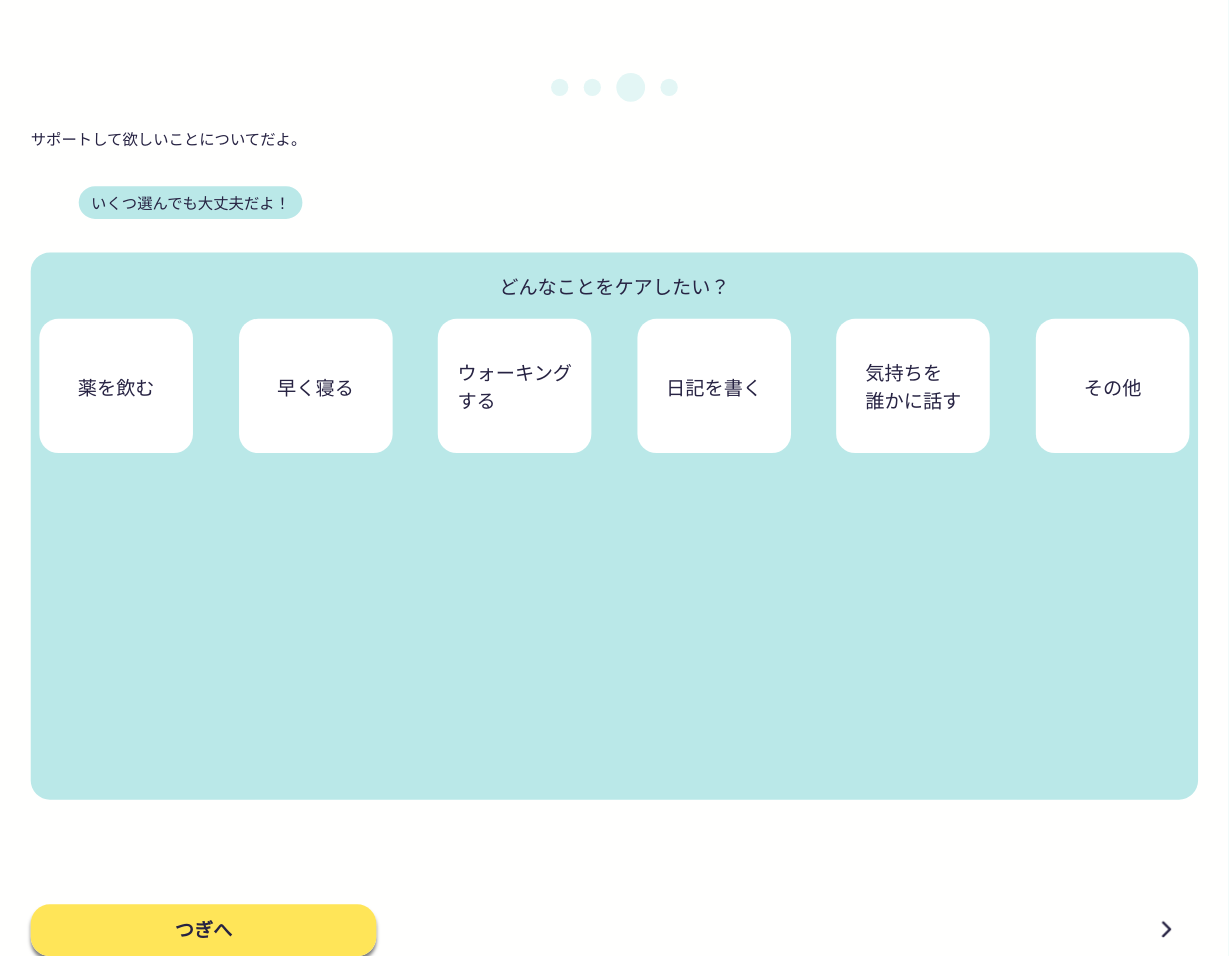
Repository: misaki0919/Self-care
Page: support.html
An editor plug-in stored every save of this project. The page is shown before and after the next save, followed by the edit.
The browser window is 1280 px wide. The pictures show the whole page, at 96% of full size.
Some web fonts or font styles are not loaded; a fallback is used.

Above is the page before, as saved 2026-07-19 11:28:07.

### support.html
<!DOCTYPE html>
<html lang="jp">
<head>
    <meta charset="UTF-8">
    <meta name="viewport" content="width=device-width, initial-scale=1.0">
    <title>サポートページ</title>
    <link href="css/support.css" rel="stylesheet">
    <link rel="preconnect" href="https://fonts.googleapis.com">
    <link rel="preconnect" href="https://fonts.gstatic.com" crossorigin>
    <link href="https://fonts.googleapis.com/css2?family=Archivo+Black&family=Noto+Serif+JP:wght@200..900&family=Zen+Maru+Gothic&display=swap" rel="stylesheet">
</head>
<body>
    <div class="circle_wrap">
        <div class="circle"></div>
        <div class="circle"></div>
        <div class="diffrent_circle"></div>
        <div class="circle"></div>
    </div>
    <p class="support">サポートして欲しいことについてだよ。</p>
    <p class="choose">いくつ選んでも大丈夫だよ！</p>
    <div class="wrap">
        <p class="care">どんなことをケアしたい？</p>
        <ul>
            <li>薬を飲む</li>
            <li>早く寝る</li>
            <li>ウォーキング<br>する</li>
            <li>日記を書く</li>
            <li>気持ちを<br>誰かに話す</li>
            <li>その他</li>
        </ul>
    </div>
    <div class="images-wrap">
        <a href="support.html" class="next zen-maru-gothic-regular">つぎへ</a>
        <img class="images" src="images/next.png" alt="画像">
    </div>

</body>
</html>

### css/support.css
body{
    background-color: #FFFFFE;
    color: #272343;
    padding-left: 24px;
    padding-right: 24px;
}
.zen-maru-gothic-regular {
    font-family: "Zen Maru Gothic", sans-serif;
    font-weight: 600;
    font-style: normal;
}
.circle_wrap{
    display: flex;
    justify-content: center;
    margin-top: 76px;
    gap: 16px;
    align-items: center;
    .diffrent_circle{
        width: 30px;
        height: 30px;
        background-color: #E3F6F5;
        border-radius: 50%;

    }
    .circle{
        width: 18px;
        height: 18px;
        background-color: #E3F6F5;
        border-radius: 50%;
        text-align: center;

    }
}
.support{
    font-size: 16px;
    margin: 26px 38px 0 0;
}
.choose{
    font-size: 16px;
    background-color: #BAE8E8;
    border-radius: 20px;
    width: 233px;
    height: 34px;
    display: flex;
    justify-content: center;
    align-items: center;
    margin-left: 50px;
    margin-bottom: 35px;
    margin-top: 38px;
}
.wrap{
    background-color: #BAE8E8;
    height: 570px;
    border-radius: 20px;
    margin-bottom: 120px;
    padding-left: 9px;
    padding-right: 9px;
    .care{
        font-size: 20px;
        text-align: center;
        padding-top: 20px;
    }
    ul{
        display: flex;
        justify-content: space-between;
        flex-wrap: wrap;
        padding:0;
        gap: 28px;


        li{
            background-color: #FFFFFF;
            display: flex;
            justify-content: center;
            border-radius: 20px;
            list-style: none;
            height: 140px;
            width: 160px;
            align-items: center;
            font-size: 20px;


        }
    }
}




.next{
    font-size: 20px;
    background-color: #FFE558;
    border-radius: 20px;
    padding: 16px 150px;
    text-align: center;
    text-decoration: none;
    color: #272343;
    box-shadow: #7b7b7b 0px 4px 4px 0px;
}
images-wrap{
    position: relative;
}
.images{
    width: 30px;
    position: absolute;
    right: 20px;
    /* background-color: tomato; */
    margin-right: 30px;
}

After the next save:
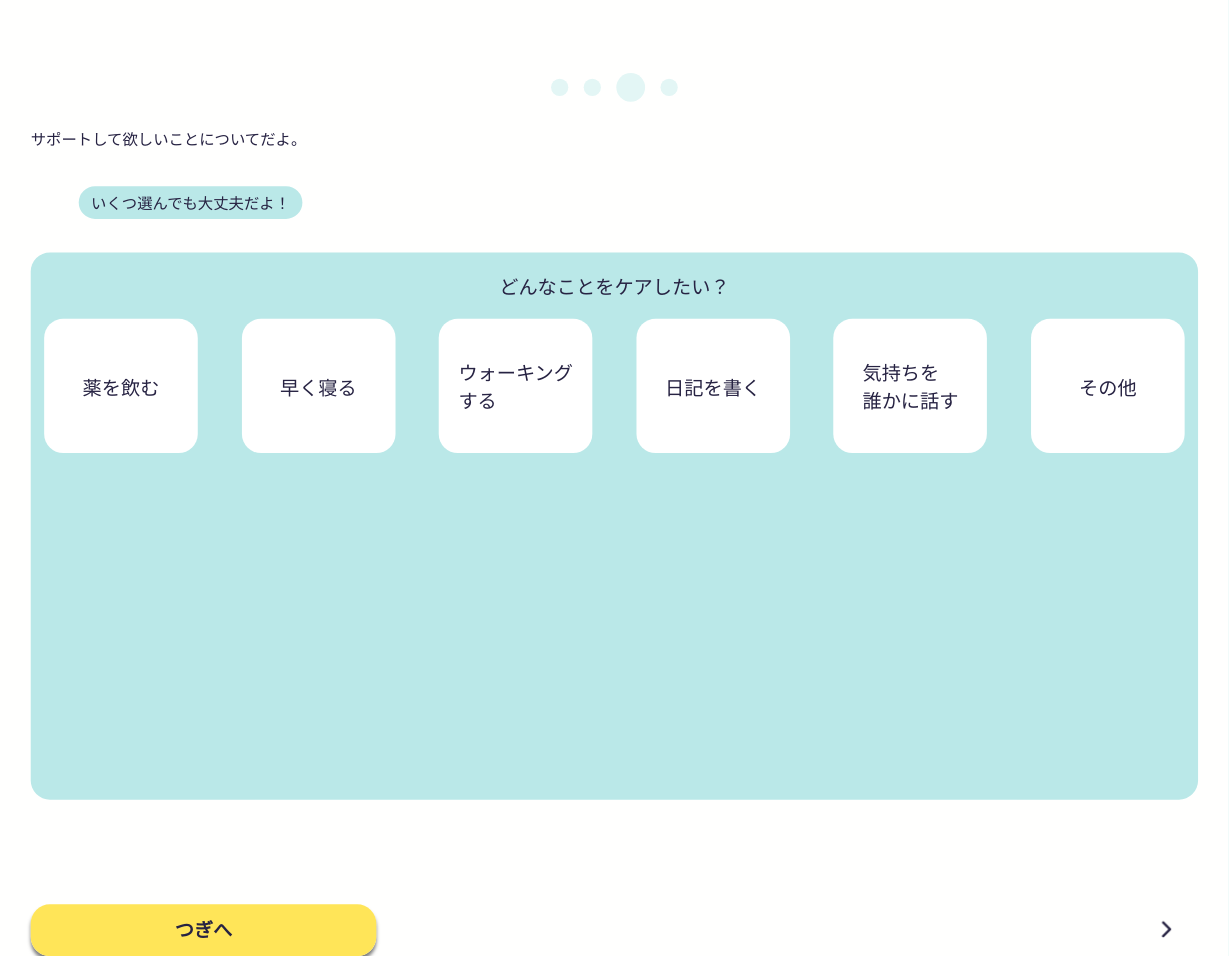
Saved 10 s later.
--- a/css/support.css
+++ b/css/support.css
@@ -53,8 +53,8 @@ body{
     height: 570px;
     border-radius: 20px;
     margin-bottom: 120px;
-    padding-left: 9px;
-    padding-right: 9px;
+    padding-left: 14px;
+    padding-right: 14px;
     .care{
         font-size: 20px;
         text-align: center;
